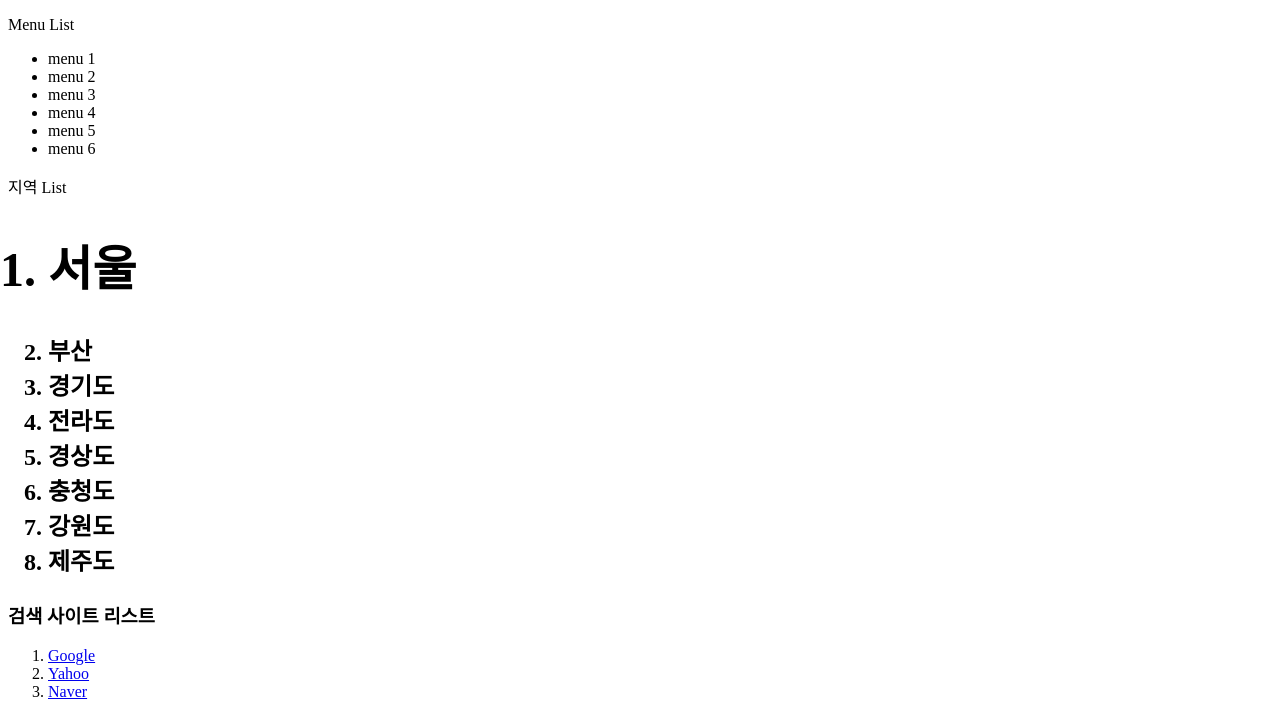
Repository: usonihs/StudyX
Page: JSP/HTML/src/main/webapp/Lec03.html
The author's editor kept a copy of each file at every save. The page is drawn from the files as they stood at one save, then again after the next save.
The browser window is 1280 px wide. The pictures show the whole page.

Above is the page before, as saved 2022-10-19 03:40:03.

### JSP/HTML/src/main/webapp/Lec03.html
<!DOCTYPE html>
<html>
<head>
<meta charset="UTF-8">
<title>List Tag</title>
</head>
<body>
	<p>Menu List</p>
	<ul>
		<li>menu 1</li>
		<li>menu 2</li>
		<li>menu 3</li>
		<li>menu 4</li>
		<li>menu 5</li>
		<li>menu 6</li>
	</ul>

	<p>지역 List</p>
	<h2><ol>
		<h1><li>서울</li></h1>
		<li>부산</li>
		<li>경기도</li>
		<li>전라도</li>
		<li>경상도</li>
		<li>충청도</li>
		<li>강원도</li>
		<li>제주도</li>
	</ol></h2>

	<h3>검색 사이트 리스트</h3>
	<ol>
	<li><a href="http://www.google.com">Google</a></li>
	<li><a href="http://www.yahoo.com">Yahoo</a></li>
	<li><a href="http://www.naver.com">Naver</a></li>
	</ol>

</body>
</html>

After the next save:
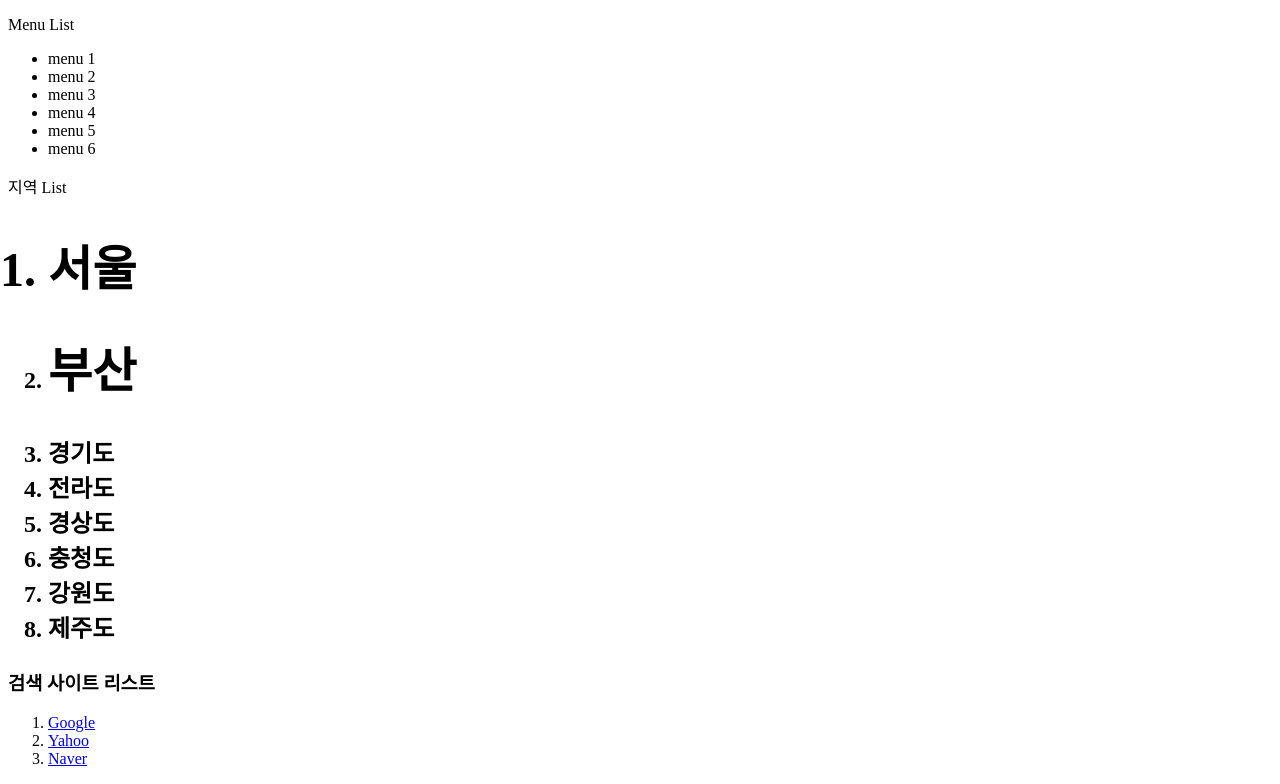
Saved 45 s later.
--- a/JSP/HTML/src/main/webapp/Lec03.html
+++ b/JSP/HTML/src/main/webapp/Lec03.html
@@ -18,7 +18,7 @@
 	<p>지역 List</p>
 	<h2><ol>
 		<h1><li>서울</li></h1>
-		<li>부산</li>
+		<li><h1>부산</h1></li>
 		<li>경기도</li>
 		<li>전라도</li>
 		<li>경상도</li>
